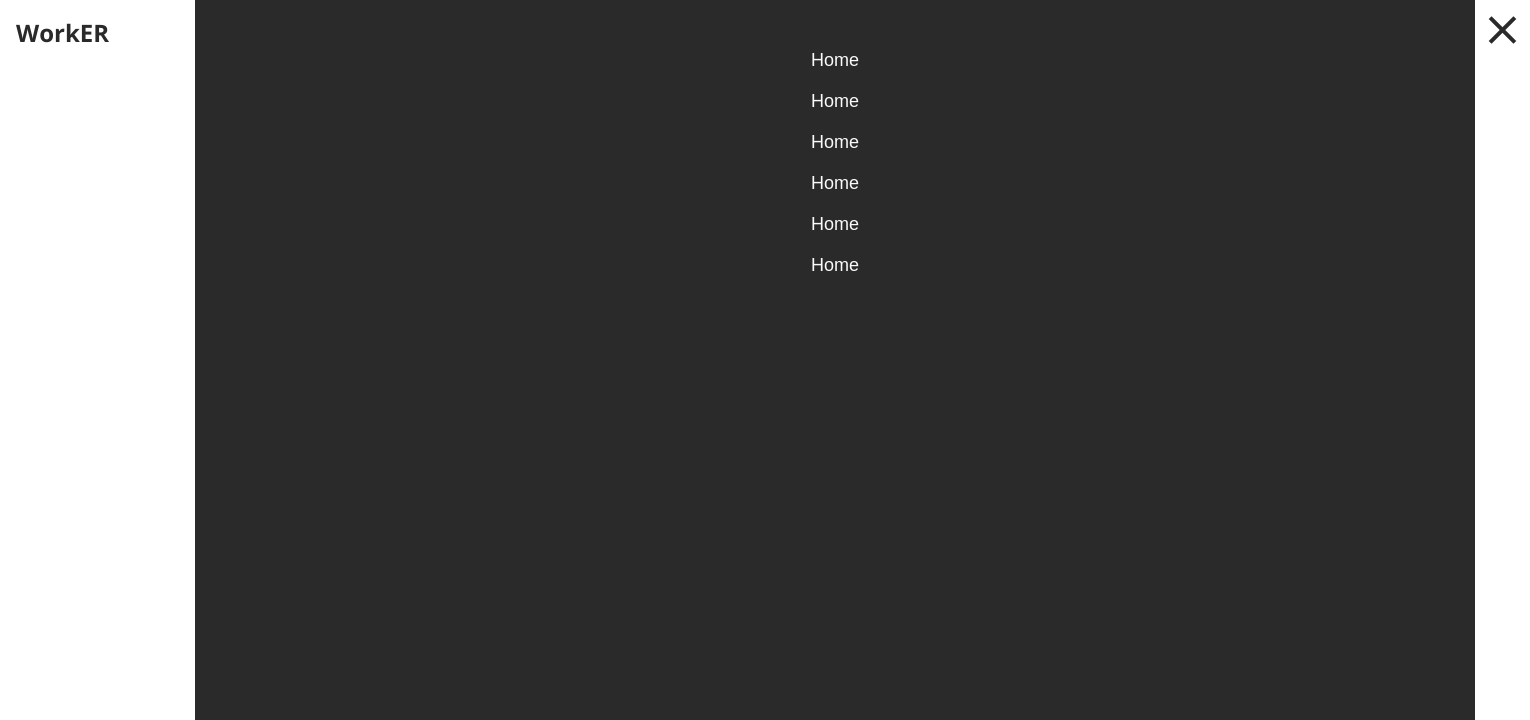
Repository: BaczkiewiczDawid/WorkER
Page: index.html
An editor plug-in stored every save of this project. The page is shown before and after the next save, followed by the edit.
The browser window is 1280 px wide. The page is 1530 px wide, then 1280 px, so the pictures cover 1530 px, including what lies to the right of the window. The pictures show the whole page.
After loading, the first visible `button.hamburger` was clicked once.
The style sheet was rebuilt from its Sass, Less or Tailwind sources for each picture, by a compiler version that may differ from the author's.

Above is the page before, as saved 2020-04-22 14:10:00.

### index.html
<!DOCTYPE html>
<head>
    <meta charset="UTF-8">
    <meta name="viewport" content="width=device-width, initial-scale=1.0">
    <link href="https://fonts.googleapis.com/css?family=Open+Sans:300,400,600,700,800&display=swap" rel="stylesheet">
    <link rel="stylesheet" href="styles/style.css">
    <title>Document</title>
</head>
<body>
    <nav>
        <h1 class="nav__logo">WorkER</h1>
        <button class="hamburger">
            <span class="hamburger-box">
                <span class="hamburger-inner"></span>
            </span>
            <div class="navigation">
                <ul class="navigation__list">
                    <li class="navigation__item"><a href="#">Home</a></li>
                    <li class="navigation__item"><a href="#">Home</a></li>
                    <li class="navigation__item"><a href="#">Home</a></li>
                    <li class="navigation__item"><a href="#">Home</a></li>
                    <li class="navigation__item"><a href="#">Home</a></li>
                    <li class="navigation__item"><a href="#">Home</a></li>
                </ul>
            </div>
        </button>
    </nav>
    <script src="scripts/app.js"></script>
</body>

### scripts/app.js
const hamburger = document.querySelector('nav .hamburger');
const nav = document.querySelector('nav .hamburger .navigation');

hamburger.addEventListener('click', () => {
  hamburger.classList.toggle('hamburger--active');
  nav.classList.toggle('navigation--active');
});

### styles/style.scss
*, *::before, *::after  {
    margin: 0;
    padding: 0;
    box-sizing: border-box;
}
@mixin hamburger-line {
    width: 100%;
    height: 4px;
    position: absolute;
    left: 0;
    top: 50%;
    transition: .25s;
    z-index: 2;
    background-color: #2a2a2a;
}
body, html {
    font-family: 'Open sans', sans-serif;
}
nav {
    display: flex;
    flex-direction: row;
    .nav__logo {
        display: flex;
        color: #2a2a2a;
        padding: 1rem;
    }
    .hamburger {
        padding: 10px;
        display: inline-block;
        cursor: pointer;
        background-color: transparent;
        border: none;
        margin: 0;
        transition: .25s;
        position: absolute;
        right: 0;
        top: 0;
      }
      .hamburger-box {
        width: 35px;
        height: 35px;
        display: inline-block;
        position: relative;
        transition: .25s;
      }
      .hamburger-inner {
        @include hamburger-line;
      }
      .hamburger-inner::before, .hamburger-inner::after {
        @include hamburger-line;
        content: '';
      }
      .hamburger-inner::before {
        top: -10px;
      }
      .hamburger-inner::after {
        top: 10px;
      }
      .hamburger--active .hamburger-inner {
        background-color: transparent;
      }
      .hamburger--active .hamburger-inner:before {
        transform: translateY(10px) rotate(45deg);
        transition: .25s;
      }
      .hamburger--active .hamburger-inner:after {
        transform: translateY(-10px) rotate(-45deg);
        transition: .25s;
      }
      .navigation {
        height: 100vh;
        width: 100vw;
        background: #2a2a2a;
        position: absolute;
        top: 0;
        left: 0;
        transform: translateX(-100vw);
      }
      .navigation__list {
        margin-top: 50px;
        list-style-type: none;
      }
      .navigation__item {
        margin-bottom: 20px;
        a {
          text-decoration: none;
          font-size: 18px;
          color: #fafafa;
        }
      }
      .navigation--acitve {
        transform: translateX(0);
      }
      .hamburger, .navigation {
        transition: transform .25s ease-in-out;
      }
      .hamburger--active {
        transform: translateX(250px);
      }
}

After the next save:
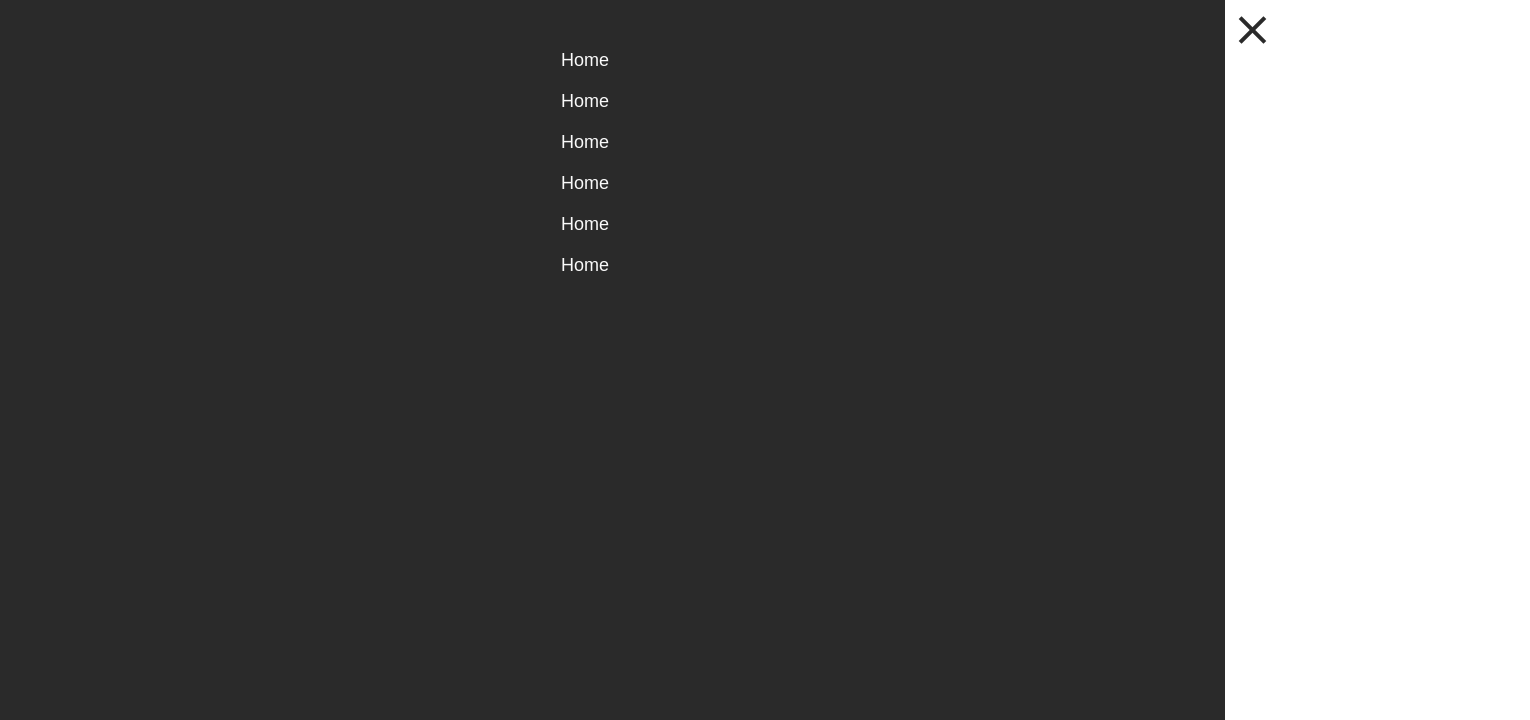
Saved 42 s later.
--- a/styles/style.scss
+++ b/styles/style.scss
@@ -95,6 +95,5 @@
         transition: transform .25s ease-in-out;
       }
       .hamburger--active {
-        transform: translateX(250px);
       }
 }
